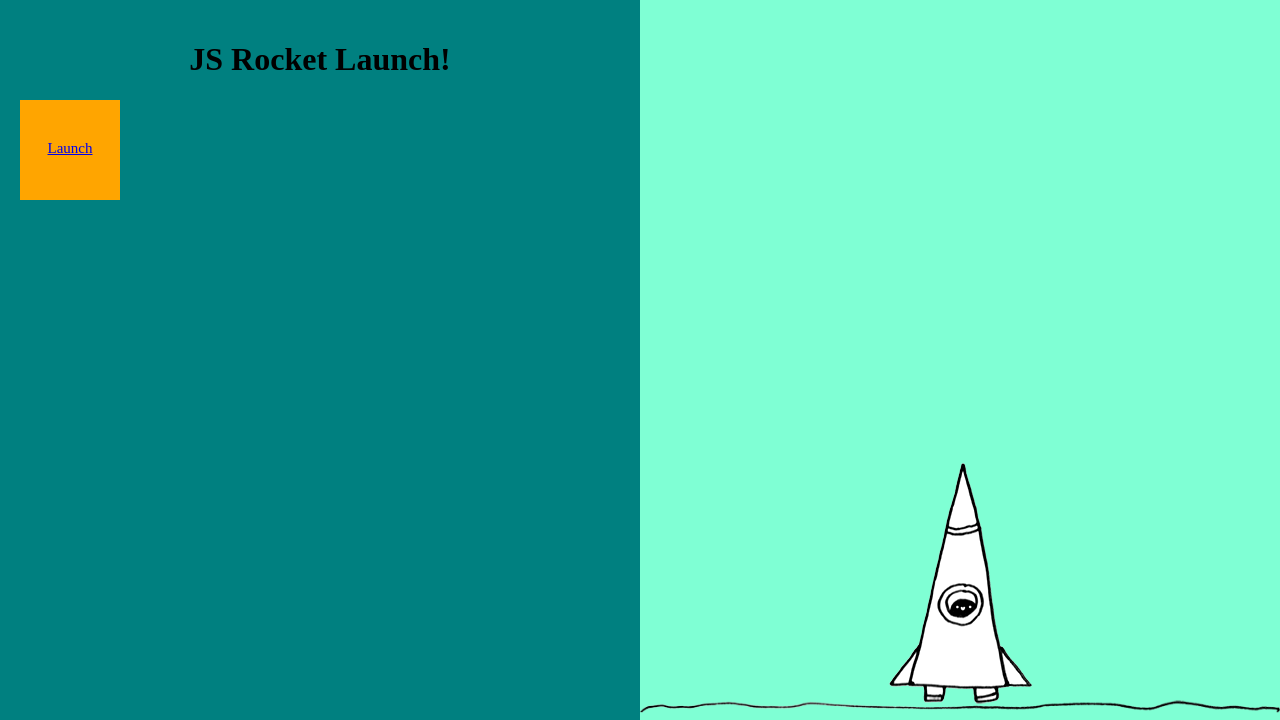
Repository: alcarrizo/Rocket-launch
Page: index.html
The author's editor kept a copy of each file at every save. The page is drawn from the files as they stood at one save, then again after the next save.
The browser window is 1280 px wide. The pictures show the whole page.

Above is the page before, as saved 2022-10-20 22:48:47.

### index.html
<!DOCTYPE html>
<html lang="en">
<head>
    <meta charset="UTF-8">
    <meta http-equiv="X-UA-Compatible" content="IE=edge">
    <meta name="viewport" content="width=device-width, initial-scale=1.0">
    <title>Rocket Launch sequence</title>
    <script type="text/javascript" src="js/script.js"> </script>
    <link rel="stylesheet" href="css/style.css">
</head>
<body class="body-state1" id="body">
    <div class="left">
        <div class="interface state1">
            <h1>JS Rocket Launch!</h1>
            <a href="#" class="button" onclick="changeState(2);">Launch</a>
        </div>
        <div class="interface  state2">
            <h1 class="countdown" id="countdown">10</h1>
            <a href="#" class="button" onclick="changeState(1);">Abort</a>
        </div>
        <div class="interface state3">
            <h1>Lift Off!</h1>
        </div>
        <div class="interface state4">
            <h1>Well done!</h1>
            <a href="#" class="button" onclick="changeState(1);">Do it again</a>
        </div>
        <div class="interface state5">
            <h1>Oh No!!!!</h1>
            <a href="#" class="button" onclick="changeState(1);">Try Again!</a>
        </div>
    </div>

    <div class="right">
        <div class="rocket" id="rocket"></div>
        <div class="ground"></div>
        <div class="nervous" id="nervous"></div>
        <div class="cant-wait" id="cant-wait"></div>
    </div>
</body>
</html>

### js/script.js
/*var countDown = function (i) {
    console.log(i)
    setTimeout(function () {
        i--
        document.getElementById("countdown").innerHTML = i;
        if (document.getElementById('body').className != 'body-state1') {
            if (i > 0) {
                countDown(i)
            }
            else {
                changeState(3)
            }
        }

    }, 1000)
}*/
var timer = null;
var CountDownNum = 10;
var changeState = function (state) {
    document.body.className = 'body-state' + state;
    clearInterval(timer);
    if (state != 2 && document.getElementById('countdown').innerHTML != 10) {
        CountDownNum = 10;
        document.getElementById('countdown').innerHTML = CountDownNum;
    }
    if (state == 2) {
        timer = setInterval(() => {
            CountDownNum -= 1;
            document.getElementById('countdown').innerHTML = CountDownNum;
            if (CountDownNum > 4 && CountDownNum <= 7) {
                document.getElementById('nervous').className = 'nervous show';
            }
            else {
                document.getElementById('nervous').className = 'nervous';
            }
            if (CountDownNum > 1 && CountDownNum <= 4) {
                document.getElementById('cant-wait').className = 'cant-wait show';
            }
            else {
                document.getElementById('cant-wait').className = 'cant-wait';
            }
            if (CountDownNum <= 0) {
                changeState(3);

            };
        }, 200);
    }
    else if (state == 3) {
        var success = setTimeout(() => {
            var randomNum = Math.round(Math.random() * 10)
            //success
            console.log('random number: ' + randomNum)
            if (randomNum > 5) {
                changeState(4)
            }
            else {
                //fail
                changeState(5)
            }

        }, 2000);
    }
    // if (state == 1) {
    //     document.body.className = 'body-state1'
    // }
    // else if (state == 2) {
    //     document.body.className = 'body-state2'
    //     countDown(10)
    //     // for (let i = 10; i >= 0; i--) {
    //     //     setTimeout()
    //     //     document.getElementById("countdown").innerHTML = i;
    //     // }
    // }
    // else if (state == 3) {
    //     document.body.className = 'body-state3'
    //     document.getElementById('rocket').className = 'rocket flying';
    // }
    // else if (state == 4) {
    //     document.body.className = 'body-state4'
    // }
    // else {
    //     document.body.className = 'body-state5'
    // }
    // for (let i = 10; i >= 0; i--) {
    //     bdy.content = i;
    // }
    //document.getElementById('rocket').className = 'rocket flying';
}

### css/style.css
body {
    position: relative;
}

.left {
    position: fixed;
    box-sizing: border-box;
    width: 50%;
    height: 100%;
    top: 0;
    left: 0;
    background-color: teal;
}

.right {
    position: fixed;
    box-sizing: border-box;
    width: 50%;
    height: 100%;
    top: 0;
    right: 0;
    background-color: aquamarine;
}

.rocket {
    position: absolute;
    left: 50%;
    bottom: -15px;
    width: 143px;
    height: 272px;
    background: url("../img/rocket-state1.png") no-repeat 0 0;
    background-size: 100%;
    transition: bottom 10s;
    margin-left: -71.5px;

}

.body-state1 .rocket {
    transition: none;

}


.body-state2 .rocket {

    background-image: url("../img/rocket-state2.gif");
}

.body-state3 .rocket,
.body-state4 .rocket {
    bottom: 1000px;
    background-image: url("../img/rocket-state3.gif");
}

.body-state5 .rocket {
    width: 209px;
    height: 200px;
    background: url("../img/boom.png") no-repeat 0 0;
    background-size: 100%;
}

.ground {
    position: absolute;
    bottom: 0;
    left: 0;
    background: url("../img/ground.png") no-repeat center 0;
    background-size: 100%;
    width: 100%;
    height: 20px;

}

.nervous {
    position: absolute;
    bottom: 220px;
    left: 50%;
    margin-left: -180px;
    background: url('../img/nervous.png') no-repeat 0 0;
    background-size: 100%;
    width: 223px;
    height: 100px;
}

.cant-wait {
    position: absolute;
    bottom: 220px;
    left: 50%;
    background: url('../img/cant-wait.png') no-repeat 0 0;
    background-size: 100%;
    width: 206px;
    height: 65px;
    transition: display 1s;
}

a {}

a.button {
    display: block;
    box-sizing: border-box;
    text-align: center;
    padding-top: 40px;
    height: 100px;
    width: 100px;
    font-size: 15px;
    background-color: orange;

}

.state1,
.state2,
.state3,
.state4,
.state5,
.cant-wait,
.nervous {
    display: none;
}

.cant-wait.show,
.nervous.show {
    display: block;
}

.interface {
    text-align: center;
    justify-content: center;
    padding: 20px;
}

body.body-state1 .state1 {
    display: block;
}

body.body-state2 .state2 {
    display: block;
}

body.body-state3 .state3 {
    display: block;
}

body.body-state4 .state4 {
    display: block;
}

body.body-state5 .state5 {
    display: block;
}

After the next save:
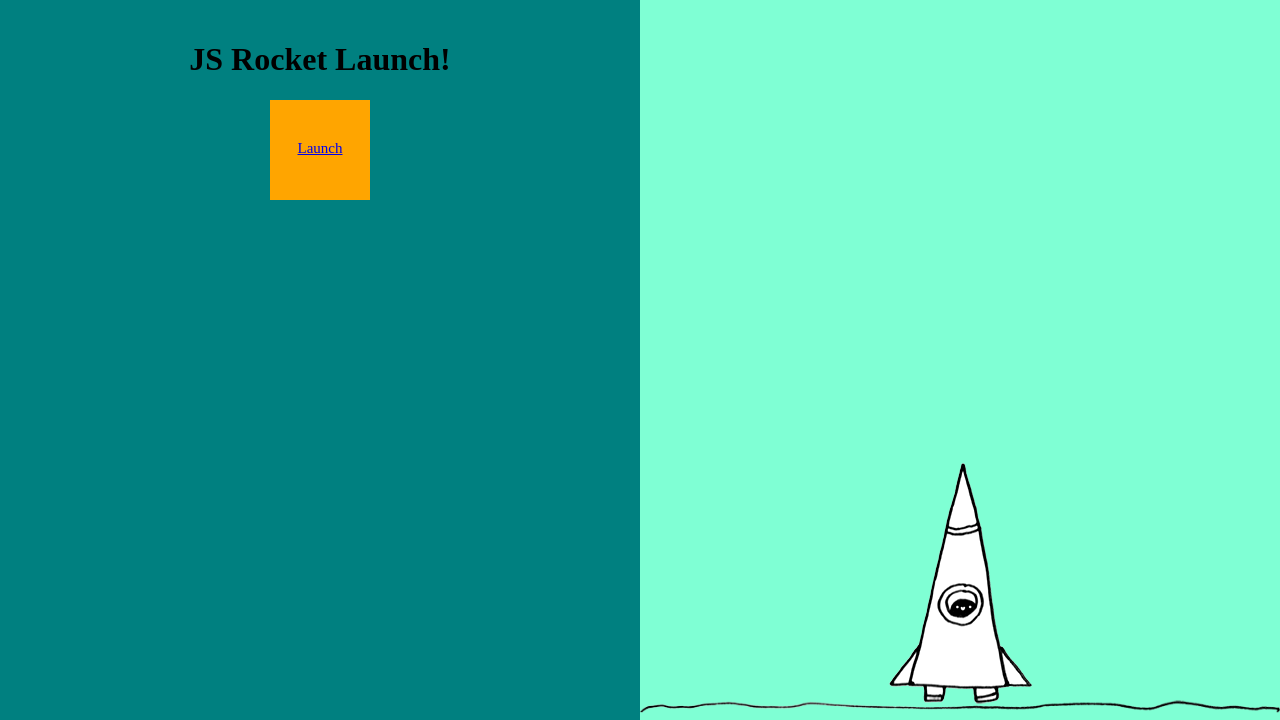
Saved 2 min 15 s later.
--- a/css/style.css
+++ b/css/style.css
@@ -103,6 +103,7 @@ a.button {
     width: 100px;
     font-size: 15px;
     background-color: orange;
+    margin: 0 auto;
 
 }
 
@@ -123,7 +124,6 @@ a.button {
 
 .interface {
     text-align: center;
-    justify-content: center;
     padding: 20px;
 }
 
